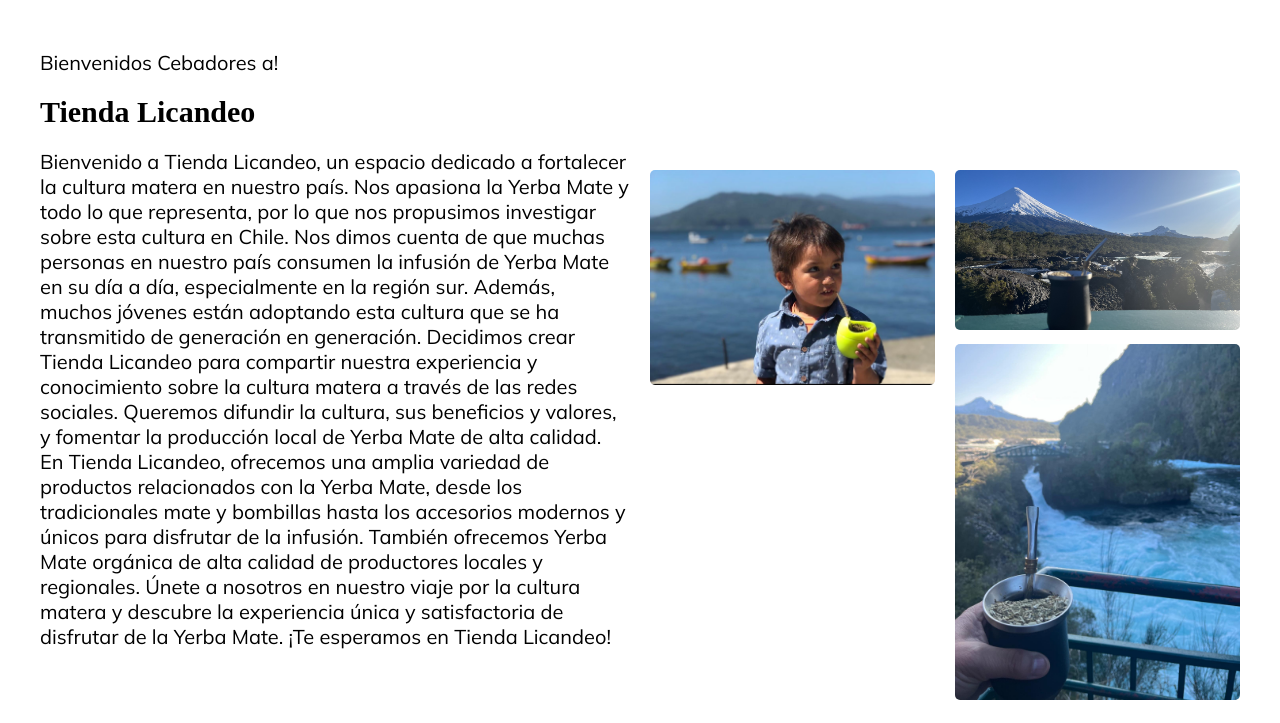
Repository: PiaTrujillo/LICANDEO-main
Page: index.html
These files come from the project's save history. The page is drawn as it stood at one moment and after the next save; the edit follows.
The browser window is 1280 px wide. The pictures show the part of the page from y = 748 to 1471 px (the page is 1471 px tall).
A picture or video elsewhere on the page could not be fetched, so the positions and the page height are approximate. Some web fonts or font styles are not loaded; a fallback is used. Some web libraries are served in a nearby version.

Above is the page before, as saved 2023-05-09 13:04:54.

### index.html
<!DOCTYPE html>
<html lang="es">
  <head>
    <meta charset="utf-8" />
    <meta name="viewport" content="width=device-width, initial-scale=1.0" />
    <meta http-equiv="X-UA-Compatible" content="ie=edge" />
    <title>Tienda Licandeo</title>
    <script
      src="https://kit.fontawesome.com/283335a286.js"
      crossorigin="anonymous"
    ></script>
    <!--esta informacion es para el estilo de las letras estan en google font -->
    <link rel="preconnect" href="https://fonts.googleapis.com" />
    <link rel="preconnect" href="https://fonts.gstatic.com" crossorigin />
    <link
      href="https://fonts.googleapis.com/css2?family=Arima+Madurai:wght@700&family=Mulish:wght@400;700&display=swap"
      rel="stylesheet"
    />
    <link rel="stylesheet" href="css/normalize.css" />
    <link rel="stylesheet" href="css/estilos.css" />
  </head>
  <body>
    <!--Lo sigueinte es el menu superior donde se establece el Logo y la navegacion-->
    <header class="encabezado">
      <div class="contenedor-navegacion">
        <!-- El Contenido-Navegacion es el padre de Logo y el menu de navegacion -->
        <div class="contenido-navegacion contenedor">
          <div class="logo">
            <!--colores a Licandeo-->
            <h2>
              <span class="">Li</span><span>can</span><span class="">deo</span>
            </h2>
          </div>
          <nav class="navegacion ocultar">
            <a href="#">Inicio</a>
            <a href="#">Sobre Nosotros</a>
            <a href="#">Tienda</a>
            <a href="#">Ofertas</a>
            <a href="#">Tips Materos</a>
          </nav>
          <!--Se crea el menu desplegable-->
          <div class="hamburguesa"><span></span><span></span><span></span></div>
        </div>
      </div>
      <div class="contenido-header">
        <div class="contenedor-encabezado">
          <div class="texto-encabezado">
            <h2>Tienda Licandeo</h2>
            <a href="#" class="btn bordes">Un Mate</a>
          </div>
          <video autoplay loop muted>
            <source src="/videos/1portada.mp4" />
          </video>
        </div>
      </div>
    </header>
    <!--Diseño de la seccion web-->
    <div class="contenedor-nosotros contenedor">
      <div class="texto-nosotros">
        <p class="Bienvenida">Bienvenidos Cebadores a!</p>
        <h1>Tienda Licandeo</h1>
        <p>
          Bienvenido a Tienda Licandeo, un espacio dedicado a fortalecer la
          cultura matera en nuestro país. Nos apasiona la Yerba Mate y todo lo
          que representa, por lo que nos propusimos investigar sobre esta
          cultura en Chile. Nos dimos cuenta de que muchas personas en nuestro
          país consumen la infusión de Yerba Mate en su día a día, especialmente
          en la región sur. Además, muchos jóvenes están adoptando esta cultura
          que se ha transmitido de generación en generación. Decidimos crear
          Tienda Licandeo para compartir nuestra experiencia y conocimiento
          sobre la cultura matera a través de las redes sociales. Queremos
          difundir la cultura, sus beneficios y valores, y fomentar la
          producción local de Yerba Mate de alta calidad. En Tienda Licandeo,
          ofrecemos una amplia variedad de productos relacionados con la Yerba
          Mate, desde los tradicionales mate y bombillas hasta los accesorios
          modernos y únicos para disfrutar de la infusión. También ofrecemos
          Yerba Mate orgánica de alta calidad de productores locales y
          regionales. Únete a nosotros en nuestro viaje por la cultura matera y
          descubre la experiencia única y satisfactoria de disfrutar de la Yerba
          Mate. ¡Te esperamos en Tienda Licandeo!
        </p>
      </div>
      <!-- Imagenes  -->
      <div class="imagenes-nosotros">
        <div class="imagen1">
          <img src="/imag/imagen1.JPG" alt="Mate frutillar" />
        </div>
        <div class="imagenes2">
          <img src="/imag/imagen2.JPG" alt="Mate salto del petrohue" />
          <img src="/imag/imagen3.JPG" alt="Mate concepcion" />
        </div>
      </div>
    </div>
    <!--Se enlaza Js con Css-->
    <script src="js/app.js"></script>
  </body>
</html>

### css/estilos.css
:root{
    --azul: #0021f5;
    --verde:#00A149;
    --blanco:#fff;
    --rojo:#da464b;
    --oscuro:#000;
    --titulos:'Arima Madurai',cursive;
    --parrafos:'Mulish', sans-serif;
}
/* Valor calculado de un contenedro padre  */
html{
    box-sizing: border-box;
    /*1rem = 10px*/
    font-size: 62.5%;
}
body{
    font-size: 1.6rem;
    overflow-x: hidden;
}

*,*::after, *::before{
    box-sizing: inherit;
}
/*        Globales              */
.contenedor{
    max-width: 120rem;
    margin: 0 auto;
    width: 95%;
}
/* fuentes para los titulo y parrafos*/
h1,h2{
    font-family: var(--titulos);
}
h3, p, a{
    font-family: var(--parrafos);
}
/* ubicacion de las imegenes */
img{
    max-width: 100%;
}
/*Estos colores se agregan al titulo con span */
.azul{
    color: var(--azul);
}
.rojo{
    color: var(--rojo);
}
.verde{
    color: var(--verde);
}
/*Que se oculte el menu*/
.ocultar{
    display: none;
    color: var(--blanco);
}
/* Color y estilos de la X */
.btn-cerrar{
    font-size: 3rem;
    font-weight: bold;
    color: var(--blanco);
    position: absolute;
    top: 0;
    right: 50px;
    user-select: none;
}
/*Al posicionar el puntero en la X aparece la mano */
.btn-cerrar:hover{
    cursor: pointer;
}
/* Para el texto Un mate que se encuentra sobre del video */
.btn{
    text-decoration: none;
    color: var(--blanco);
    font-size: 2rem;
    text-transform: capitalize;
    padding: 1rem 5rem;
    border-radius: 5px;
    transition: all .3s ease-in-out;
}
/* para moviles el texto */
@media(min-width:768px){
    .btn{
        font-size: 2.2rem;
    }
   }
/* Se agrega el borde a el texto Un Mate */
.bordes{
    border: 3px solid var(--blanco);
}
@media(min-width: 768px) {
    .bordes{
        border: 4px solid var(--blanco);
    }
}

.bordes:hover{
    color: var(--verde);
    background-color: var(--blanco);
}
/* como se sopreponer los elementos */
.pantalla-completa{
    position: absolute;
    top: 0;
    left: 0;
    bottom: 0;
    right: 0;
    background-color: rgba(0,0,0,.5);
    z-index: 4;
}
@keyframes desplazamiento {
    0%{
        transform: translateX(100%);
    }

    100%{
        transform:translateX(0);
    }
}
/*Encabezado*/
/*color de contenedor de logo y menu*/
.contenedor-navegacion{
    background-color: var(--oscuro);
    position: relative;
    z-index: 5;
}
.contenido-navegacion{
    display: flex;
    align-items: center;
    justify-content: space-between;
}
/*color para el logo y el menu*/
.logo h2, .navegacion a {
    color: var(--blanco);
}
.logo h2{
    font-size: 3rem;
}
/* quitar las lineas ubicadas abajo del menu de navegacion*/
/* Estilos de movil*/
.navegacion a{
    text-decoration: none;
    font-size: 2.2rem;
    padding: 1.5rem;
    padding-left: 4rem;
    /* para el menu de navegacion se vea de modo vertical*/
    display: block;
    /* transicion del menu de naveghacion */
    transition: color .3s ease-in-out;
    text-align: center;
}
@media(min-width: 768px) {
    .navegacion a{
        text-align: left;
    }
}
/* colores de las letras pares e impares del menu de navegacion */
.navegacion a:nth-child(even):hover{
    color: var(--verde);
}
.navegacion a:nth-child(odd):hover{
    color: var(--verde);
}
.navegacion a:first-of-type{
    margin-top: 5rem;
}
/* para que el menu de navegacion se posicione al costado derecho*/
.navegacion{
    position: absolute;
    top: 0;
    right: 0;
    bottom: 0;
    height: 100vh;
    width: 40rem;
    padding: 3rem 4rem;
    background-color: var(--oscuro);
    animation: desplazamiento .5s ease-in-out;
}
/*Al posicionarse en el menu hamburguesa aparezca la mano */
.hamburguesa:hover{
    cursor: pointer;
}
/*Menu desplegable ubicado en index*/
.hamburguesa span{
    background-color: var(--blanco);
    display: block;
    width: 5rem;
    height: .5rem;
    margin-bottom: .5rem;
    animation: desplazamiento .5s ease-in-out;
}
/* Video */
.contenido-header{
    position: relative;
}
.contenido-header::before{
    content: '';
    position: absolute;
    top:0;
    left: 0;
    right: 0;
    bottom: 0;
    background-color: rgba(0,0,0,.5);
}
/* posicionar texto al medio del video */
.texto-encabezado{
    position: absolute;
    z-index: 2;
    width: 100%;
    height: 80%;
    display: flex;
    flex-direction: column;
    /* se alinea al centro del video el texto */
    align-items: center;
    justify-content: center;
}
.texto-encabezado h2{
    color: var(--blanco);
    font-size: 4rem;
}
/* respons para movil */
@media(min-width: 768px) {
    .texto-encabezado h2{
        font-size: 8rem;
    }
}
video{
    width: 100%;
    height: 100%;
}
/* Imagenes */
.contenedor-nosotros{
    display: flex;
    justify-content: space-between;
    padding-top: 5rem;
}
.texto-nosotros, .imagenes-nosotros{
    flex: 0 0 calc(50% - 1rem) ;
}
/* Texto de las imagenes */
.texto-nosotros .bienvenida{
    font-size: 3rem;
    text-align: center;
}
.imagenes-nosotros{
    display: flex;
    justify-content: space-between;
}
.imagen1, .imagenes2{
    flex: 0 0 calc(50% - 1rem);
}
.imagenes-nosotros img{
    border-radius: 5px;
}

.imagenes2 img{
    margin-bottom: 1rem;
}

### js/app.js
//para que el menu desaparezca//
const menu = document.querySelector('.hamburguesa');
const navegacion = document.querySelector('.navegacion');

document.addEventListener('DOMContentLoaded', ()=>{
    eventos();
});

const eventos = () =>{
    menu.addEventListener('click',abrirMenu);
}
//esta funcion realiza que al momento de dar click al menu de hamburguesa se habilite el menu//
const abrirMenu = () =>{
    navegacion.classList.remove('ocultar');
    botonCerrar();
}
//Esta funciones es para que el menu de navegacion se cierre/
const botonCerrar = () =>{
    //Metodo para colocar una X al menu de navegacion//
    const btnCerrar = document.createElement('p');
    const overlay = document.createElement('div');
    overlay.classList.add('pantalla-completa');
    const body = document.querySelector('body');
    if(document.querySelectorAll('.pantalla-completa').length > 0) return;
    body.appendChild(overlay);
    btnCerrar.textContent = 'x';
    btnCerrar.classList.add('btn-cerrar');

    // while(navegacion.children[5]){
    //     navegacion.removeChild(navegacion.children[5]);
    // }
    navegacion.appendChild(btnCerrar);
    cerrarMenu(btnCerrar, overlay);
}
//Funcion para cerrar el menu de navegacion//
const cerrarMenu = (boton, overlay) =>{
    boton.addEventListener('click',()=>{
         //Cerrar navegacion//
        navegacion.classList.add('ocultar');
        overlay.remove();
        boton.remove();
    });

    overlay.onclick = function(){
        overlay.remove();
        //Cerrar navegacion//
        navegacion.classList.add('ocultar');
        boton.remove();
    }
}

Loaded but not shown: TestDjango/core/templates/core/css/normalize.css (library)

After the next save:
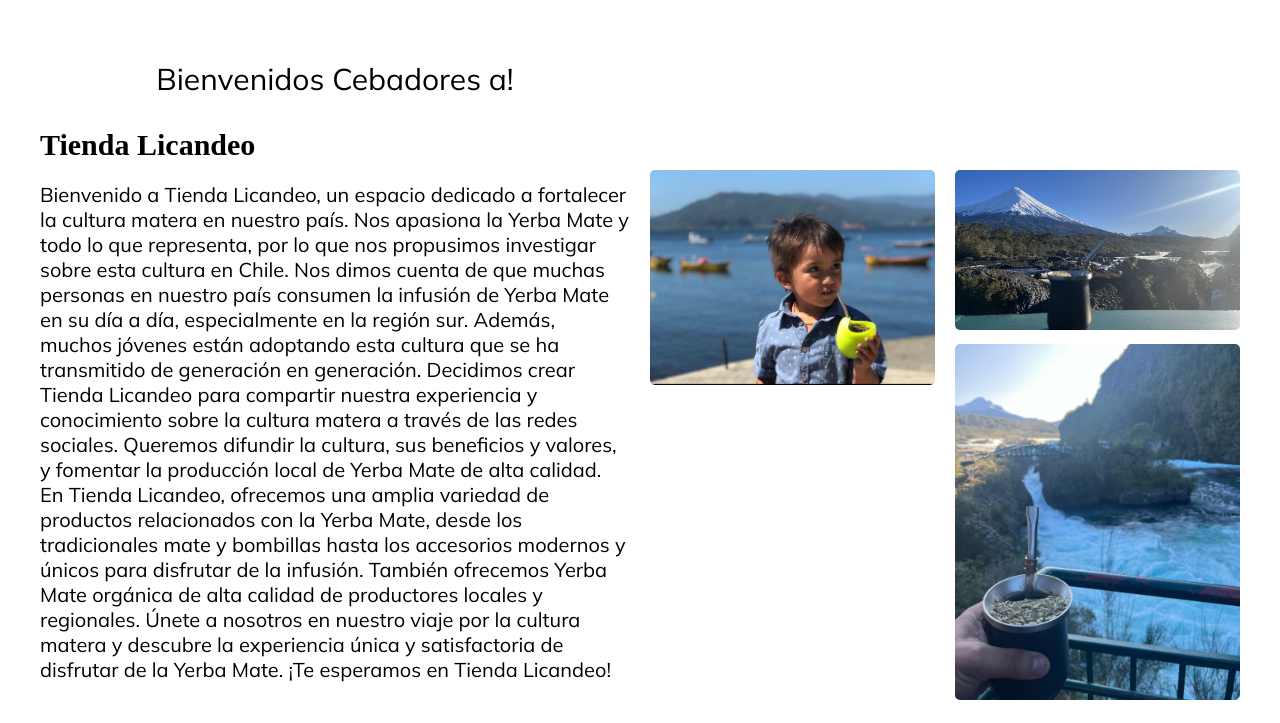
Saved 37 s later.
--- a/css/estilos.css
+++ b/css/estilos.css
@@ -237,7 +237,7 @@
     flex: 0 0 calc(50% - 1rem) ;
 }
 /* Texto de las imagenes */
-.texto-nosotros .bienvenida{
+.texto-nosotros .Bienvenida{
     font-size: 3rem;
     text-align: center;
 }

After the save that followed:
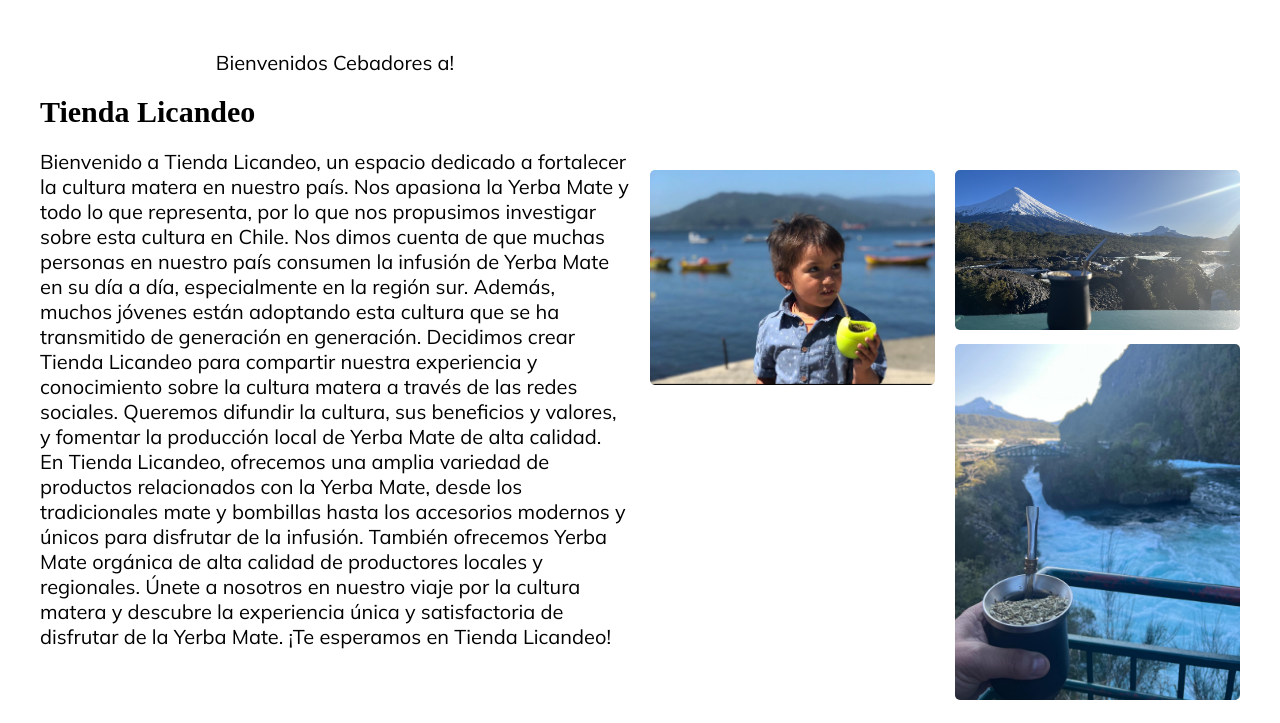
Saved 10 s later.
--- a/css/estilos.css
+++ b/css/estilos.css
@@ -238,7 +238,7 @@
 }
 /* Texto de las imagenes */
 .texto-nosotros .Bienvenida{
-    font-size: 3rem;
+    font-size: 2rem;
     text-align: center;
 }
 .imagenes-nosotros{
